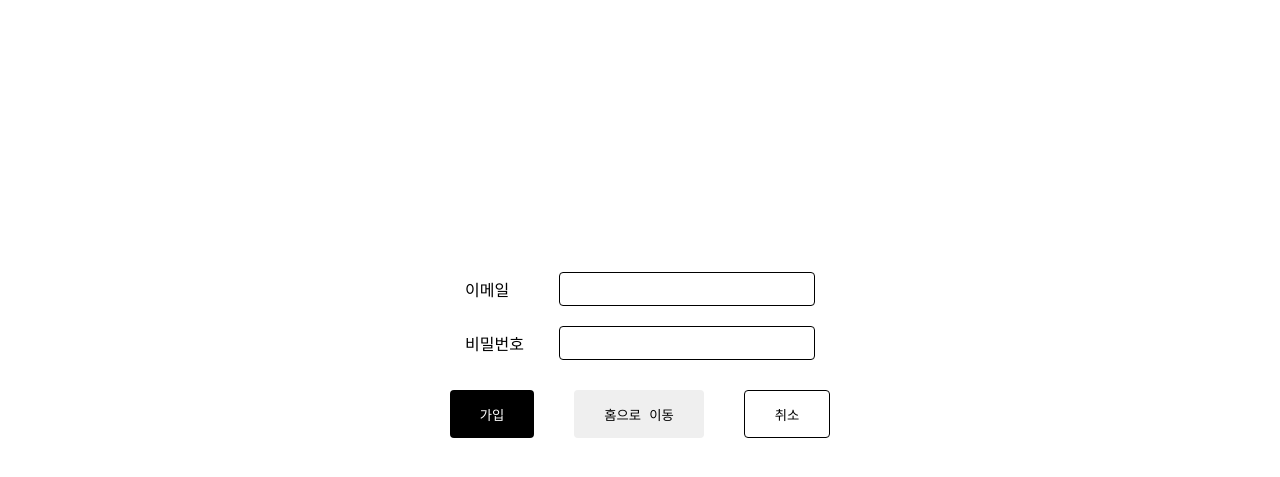
Repository: momo0170/react-shopping
Page: /register
The author's editor kept a copy of each file at every save. The page is drawn from the files as they stood at one save, then again after the next save.
The browser window is 1280 px wide. The pictures show the whole page.
The page's requests for data from a server got no answer. Some web fonts or font styles are not loaded; a fallback is used. The project was rebuilt for these pictures with package versions that can differ from the ones it lists, and the page was loaded fresh each time. No one was signed in, and anything a server would have sent is missing. Also part of the build but not shown: src/App.css, src/css/Header.module.css, src/components/Header.jsx, src/App.js, src/router/Products.jsx, src/css/Login.module.css, src/router/Login.jsx.

Above is the page before, as saved 2023-02-24 18:57:45.

### public/index.html
<!DOCTYPE html>
<html lang="en">
  <head>
    <meta charset="utf-8" />
    <link rel="icon" href="%PUBLIC_URL%/images/shopping.png" />
    <meta name="viewport" content="width=device-width, initial-scale=1" />
    <meta name="theme-color" content="#000000" />
    <meta
      name="description"
      content="Web site created using create-react-app"
    />
    <!-- <link rel="apple-touch-icon" href="%PUBLIC_URL%/logo192.png" /> -->
    <!--
      manifest.json provides metadata used when your web app is installed on a
      user's mobile device or desktop. See https://developers.google.com/web/fundamentals/web-app-manifest/
    -->

    <!--
      Notice the use of %PUBLIC_URL% in the tags above.
      It will be replaced with the URL of the `public` folder during the build.
      Only files inside the `public` folder can be referenced from the HTML.

      Unlike "/favicon.ico" or "favicon.ico", "%PUBLIC_URL%/favicon.ico" will
      work correctly both with client-side routing and a non-root public URL.
      Learn how to configure a non-root public URL by running `npm run build`.
    -->
    <title>Shoppy</title>
    <link rel="preconnect" href="https://fonts.googleapis.com" />
    <link rel="preconnect" href="https://fonts.gstatic.com" crossorigin />
    <link
      href="https://fonts.googleapis.com/css2?family=Nanum+Gothic+Coding&display=swap"
      rel="stylesheet"
    />
  </head>
  <body>
    <noscript>You need to enable JavaScript to run this app.</noscript>
    <div id="root"></div>
    <!--
      This HTML file is a template.
      If you open it directly in the browser, you will see an empty page.

      You can add webfonts, meta tags, or analytics to this file.
      The build step will place the bundled scripts into the <body> tag.

      To begin the development, run `npm start` or `yarn start`.
      To create a production bundle, use `npm run build` or `yarn build`.
    -->
  </body>
</html>

### src/index.js
import React from 'react';
import ReactDOM from 'react-dom/client';
import './index.css';
import App from './App';
import { createBrowserRouter, RouterProvider } from 'react-router-dom';
import Products from './router/Products';
import Login from './router/Login';
import Register from './router/Register';

const router = createBrowserRouter([
  {
    path: '/',
    element: <App />,
    children: [
      {
        index: true,
        element: <Products />,
      },
    ],
  },
  {
    path: '/login',
    element: <Login />,
  },
  {
    path: '/register',
    element: <Register />,
  },
]);
const root = ReactDOM.createRoot(document.getElementById('root'));
root.render(
  <RouterProvider router={router}>
    <App />
  </RouterProvider>
);

### src/index.css
:root {
  --margin-small: 5px;
  --margin-medium: 10px;
  --margin-large: 20px;
  --margin-xlarge: 30px;

  --font-xsmall: 14px;
  --font-small: 16px;
  --font-medium: 24px;
  --font-large: 32px;
  --font-xlarge: 36px;
  --font-xxlarge: 44px;
}

body {
  margin: 0;
  font-family: 'Nanum Gothic Coding', monospace;
}

button {
  font-family: 'Nanum Gothic Coding', monospace;
}

### src/router/Register.jsx
import React, { useState } from 'react';
import { registerUser } from '../firebase/Firebase-Auth';
import styles from '../css/Register.module.css';

export default function Register() {
  const [account, setAccount] = useState({
    email: '',
    password: '',
  });

  const onChangeAccount = (e) => {
    setAccount({
      ...account,
      [e.target.name]: e.target.value,
    });
  };

  // 회원가입
  const registerAccount = () => {
    const result = window.confirm('가입하시겠습니까?');
    result && registerUser(account.email, account.password);
  };
  console.log(`이메일 : ${account.email}`);
  console.log(`비밀번호 : ${account.password}`);
  return (
    <main className={styles.main}>
      <div className={styles.email}>
        <span>이메일</span>
        <input type="text" name="email" onChange={onChangeAccount} />
      </div>
      <div className={styles.password}>
        <span>비밀번호</span>
        <input type="password" name="password" onChange={onChangeAccount} />
      </div>
      <div className={styles.btns}>
        <button onClick={registerAccount} className={styles.registerBtn}>
          가입
        </button>
        <button className={styles.homeBtn}>홈으로 이동</button>
        <button className={styles.cancelBtn}>취소</button>
      </div>
    </main>
  );
}

### src/firebase/Firebase-Auth.js
import { initializeApp } from 'firebase/app';
import { getAuth, createUserWithEmailAndPassword } from 'firebase/auth';

const firebaseConfig = {
  apiKey: process.env.REACT_APP_API_KEY,
  authDomain: process.env.REACT_APP_AUTH_DOMAIN,
  databaseURL: process.env.REACT_APP_DATABASE_URL,
  projectId: process.env.REACT_APP_PROJECT_ID,
  storageBucket: process.env.REACT_APP_STORAGE_BUCKET,
  messagingSenderId: process.env.REACT_APP_MESSAGING_ID,
  appId: process.env.REACT_APP_APP_ID,
};

const app = initializeApp(firebaseConfig);
const auth = getAuth(app);

// firebase에 사용자 등록
export function registerUser(email, password) {
  createUserWithEmailAndPassword(auth, email, password)
    .then((userCredential) => {
      // Signed in
      const user = userCredential.user;
      console.log(user);
      // ...
    })
    .catch((error) => {
      console.log(error);
      // ..
    });
}

### src/css/Register.module.css
.main {
  display: flex;
  flex-direction: column;
  justify-content: center;
  align-items: center;
  width: 500px;
  height: 100vh;
  margin: 0 auto;
}

.email,
.password {
  width: 350px;
  display: flex;
  justify-content: space-between;
  align-items: center;
}

.email input,
.password input {
  width: 250px;
  height: 30px;
  margin: var(--margin-medium) 0;
  border: 0.5px solid black;
  border-radius: 4px;
  font-size: var(--font-small);
}

.email input:focus,
.password input:focus {
  outline: 1px solid black;
}

.btns {
  display: flex;
  justify-content: space-evenly;
}
.btns * {
  border: none;
  border-radius: 4px;
  cursor: pointer;
  margin: var(--margin-large);
  padding: calc(var(--margin-large) / 1.5) calc(var(--margin-large) * 1.5);
  /* font-size: var(--font-small); */
}
.registerBtn {
  color: white;
  background-color: black;
}
.homeBtn {
  /* padding: 0; */
}
.cancelBtn {
  background-color: white;
  border: 1px solid black;
}

After the next save:
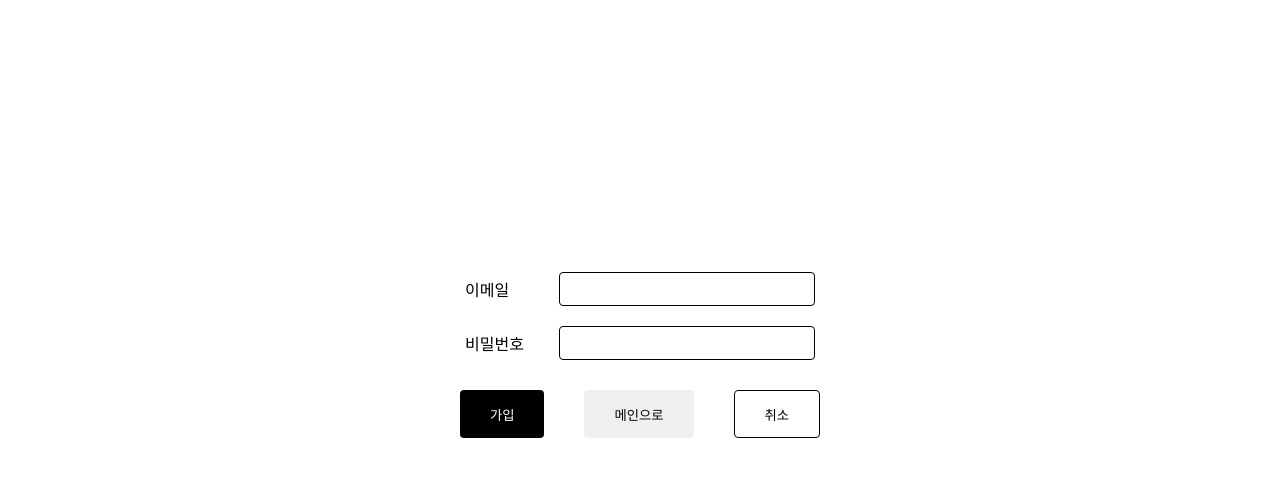
Saved 21 s later.
--- a/src/router/Register.jsx
+++ b/src/router/Register.jsx
@@ -36,7 +36,7 @@ export default function Register() {
         <button onClick={registerAccount} className={styles.registerBtn}>
           가입
         </button>
-        <button className={styles.homeBtn}>홈으로 이동</button>
+        <button className={styles.homeBtn}>메인으로</button>
         <button className={styles.cancelBtn}>취소</button>
       </div>
     </main>
